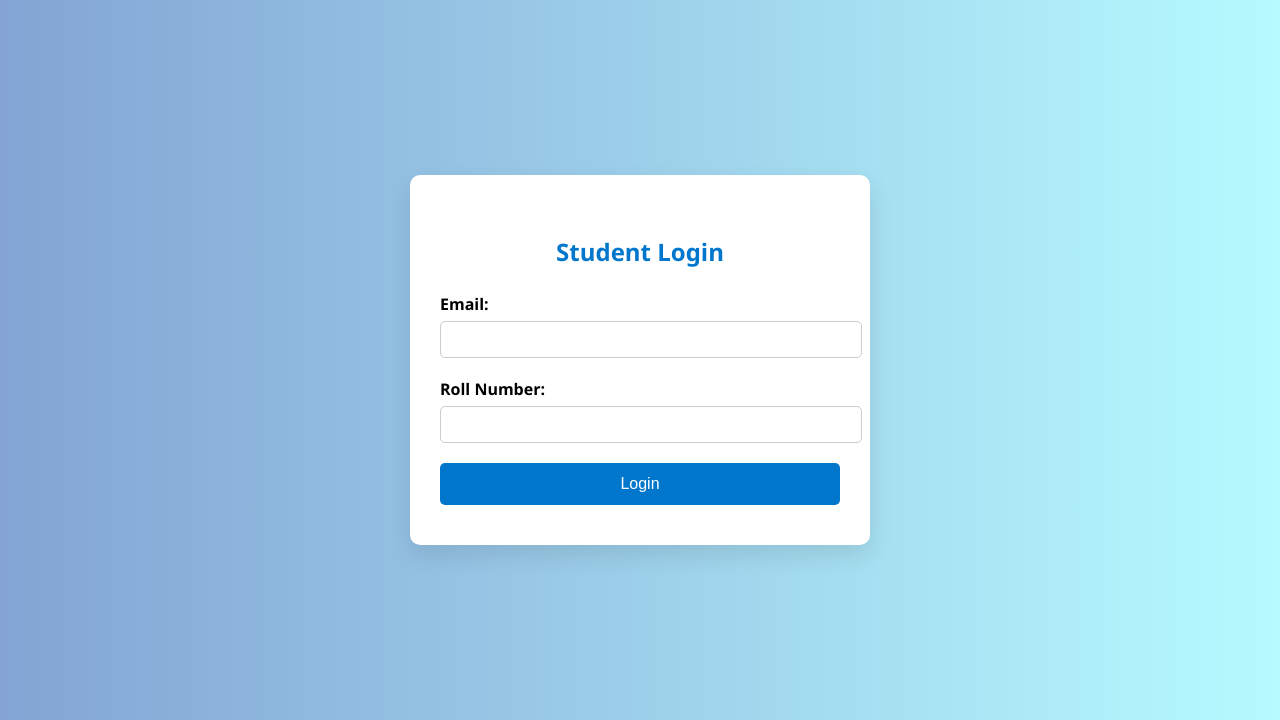
Repository: Santhosh-Sks/Academic-FullStack-Lab
Page: LAB-1/static-server/index.html
An editor plug-in stored every save of this project. The page is shown before and after the next save, followed by the edit.
The browser window is 1280 px wide. The pictures show the whole page.

Above is the page before, as saved 2025-07-04 20:07:42.

After the next save:
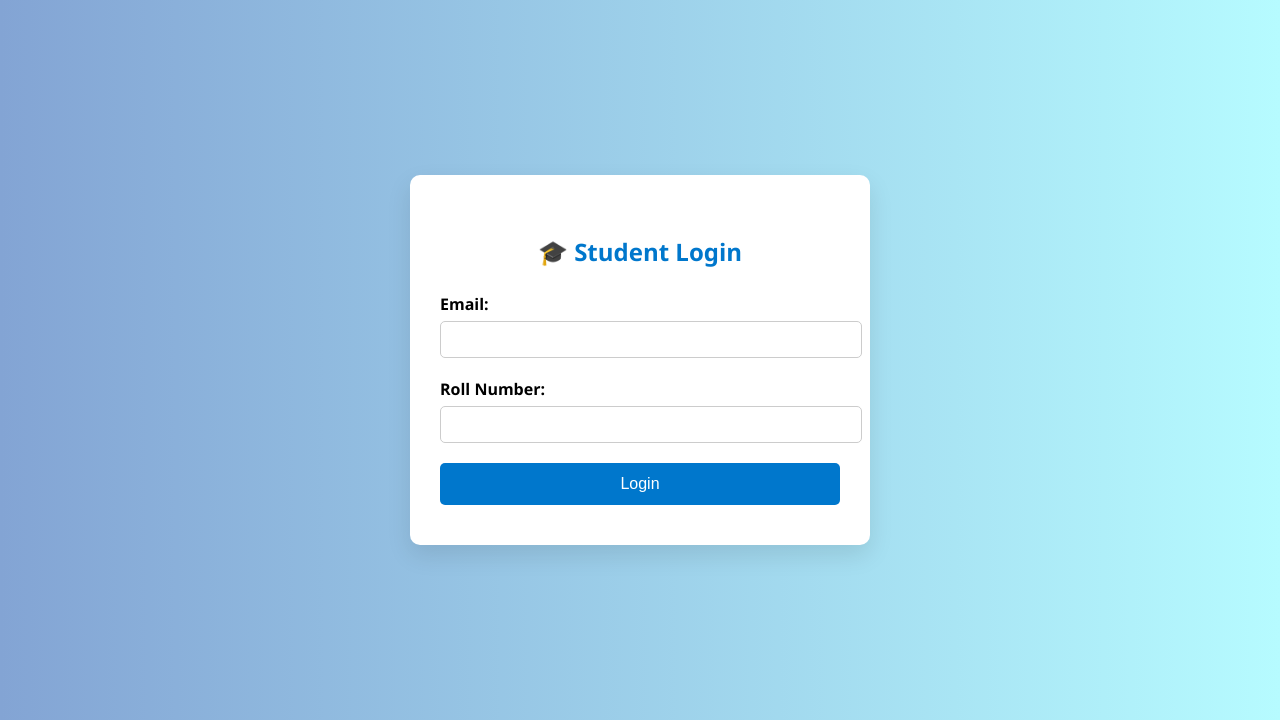
Saved 50 s later.
--- a/LAB-1/static-server/index.html
+++ b/LAB-1/static-server/index.html
@@ -8,8 +8,8 @@
 </head>
 <body>
   <div class="login-container">
-    <h2>Student Login</h2>
-    <form action="/login" method="POST">
+    <h2>🎓 Student Login</h2>
+    <form id="loginForm">
       <label for="email">Email:</label>
       <input type="email" name="email" id="email" required />
 
@@ -19,5 +19,20 @@
       <button type="submit">Login</button>
     </form>
   </div>
+
+  <script>
+    document.getElementById('loginForm').addEventListener('submit', function(event) {
+      event.preventDefault(); // prevent actual form submission
+      const email = document.getElementById('email').value;
+      const rollno = document.getElementById('rollno').value;
+
+      if (email && rollno) {
+        alert("✅ Registered Successfully!");
+        this.reset(); // reset the form fields
+        // Optional: redirect to another page like a dashboard or course form
+        // window.location.href = 'course.html';
+      }
+    });
+  </script>
 </body>
 </html>
